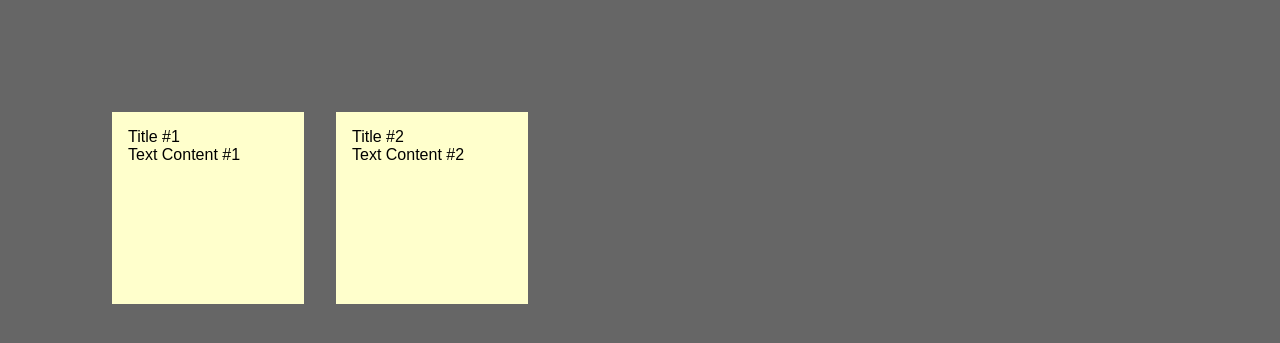
Repository: qudgns200/Toy_01_ToDoList
Page: http://localhost/ToDoList/jsp/mainForm.jsp
An editor plug-in stored every save of this project. The page is shown before and after the next save, followed by the edit.
The browser window is 1280 px wide. The pictures show the whole page.
The page is served by Tomcat 9. Nobody is signed in. The application's start-up code is not run. Other server files are loaded and not shown.

Above is the page before, as saved 2019-11-05 05:54:24.

### ToDoList/WebContent/jsp/mainForm.jsp
<%@ page language="java" contentType="text/html; charset=UTF-8"
    pageEncoding="UTF-8"%>
<!DOCTYPE html>
<html>
<head>
<meta charset="UTF-8">
<meta name="viewport" content="width=device-width">
<title>To-DO List</title>
<link href="css/custom.css" rel="stylesheet"/>
</head>
<body>
<ul>
  <li>
    <a href="#">
      <h2>Title #1</h2>
      <p>Text Content #1</p>
    </a>
  </li>
  <li>
    <a href="#">
      <h2>Title #2</h2>
      <p>Text Content #2</p>
    </a>
  </li>
</ul>
</body>
</html>

### ToDoList/WebContent/css/custom.css
*{
  margin:0;
  padding:0;
}
body{
  font-family:arial,sans-serif;
  font-size:100%;
  margin:3em;
  background:#666;
  color:#fff;
}
h2,p{
  font-size:100%;
  font-weight:normal;
}
ul,li{
  list-style:none;
}
ul{
  overflow:hidden;
  padding:3em;
}
ul li a{
  text-decoration:none;
  color:#000;
  background:#ffc;
  display:block;
  height:10em;
  width:10em;
  padding:1em;
}
ul li{
  margin:1em;
  float:left;
}

After the next save:
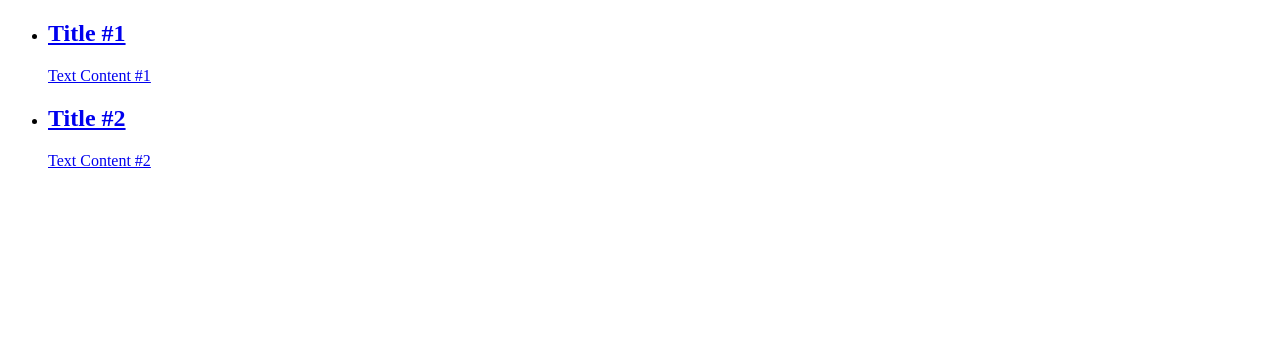
Saved 3 min 0 s later.
--- a/ToDoList/WebContent/jsp/mainForm.jsp
+++ b/ToDoList/WebContent/jsp/mainForm.jsp
@@ -6,7 +6,7 @@
 <meta charset="UTF-8">
 <meta name="viewport" content="width=device-width">
 <title>To-DO List</title>
-<link href="css/custom.css" rel="stylesheet"/>
+<!-- <link href="css/custom.css" rel="stylesheet"/> -->
 </head>
 <body>
 <ul>
